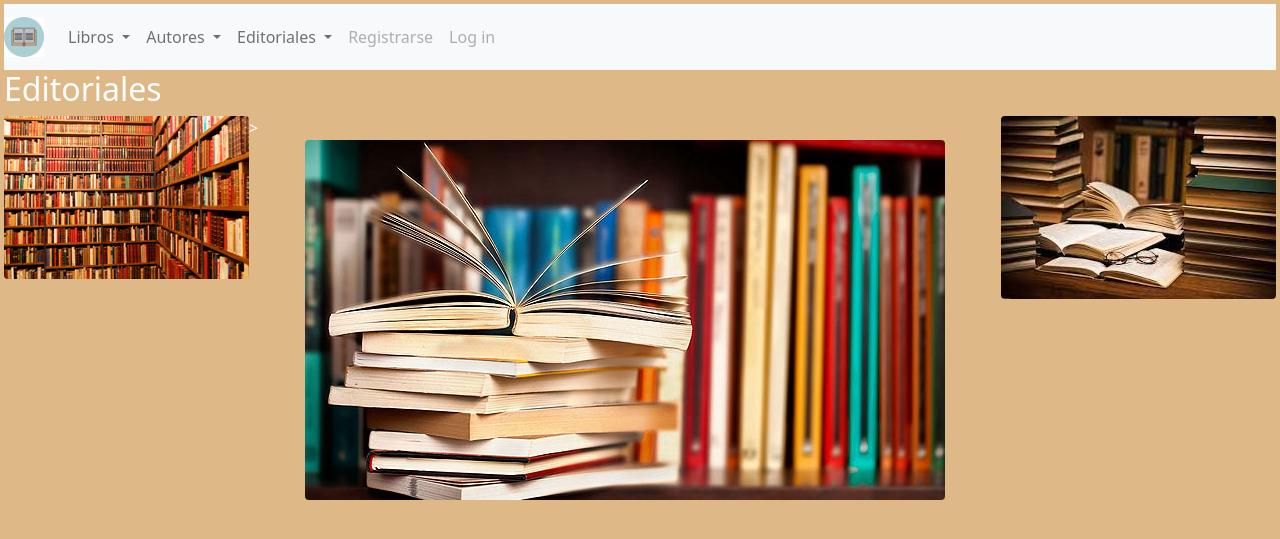
Repository: frnalonso/libreria
Page: src/main/resources/templates/mostrarEditoriales.html
An editor plug-in stored every save of this project. The page is shown before and after the next save, followed by the edit.
The browser window is 1280 px wide. The pictures show the whole page.

Above is the page before, as saved 2021-11-16 10:46:52.

After the next save:
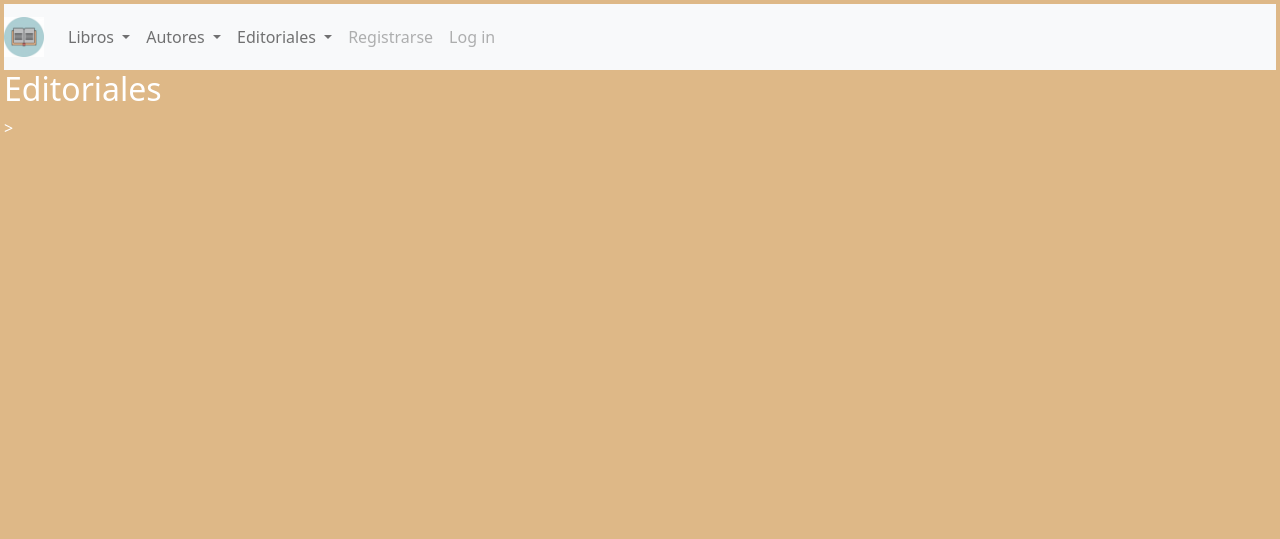
Saved 5 s later.
--- a/src/main/resources/templates/mostrarEditoriales.html
+++ b/src/main/resources/templates/mostrarEditoriales.html
@@ -53,9 +53,6 @@
       </nav>
     <h2>Editoriales</h2>>
 
-    <img src="/images/registrar_libro.png" class="rounded float-start" alt="...">
-<img src="/images/autor_registrar.jpg" class="rounded float-end" alt="...">
-<img src="/images/editorial_registrar.jpg" class="rounded mx-auto d-block" alt="...">
 
 
     <!-- Optional JavaScript; choose one of the two! -->
